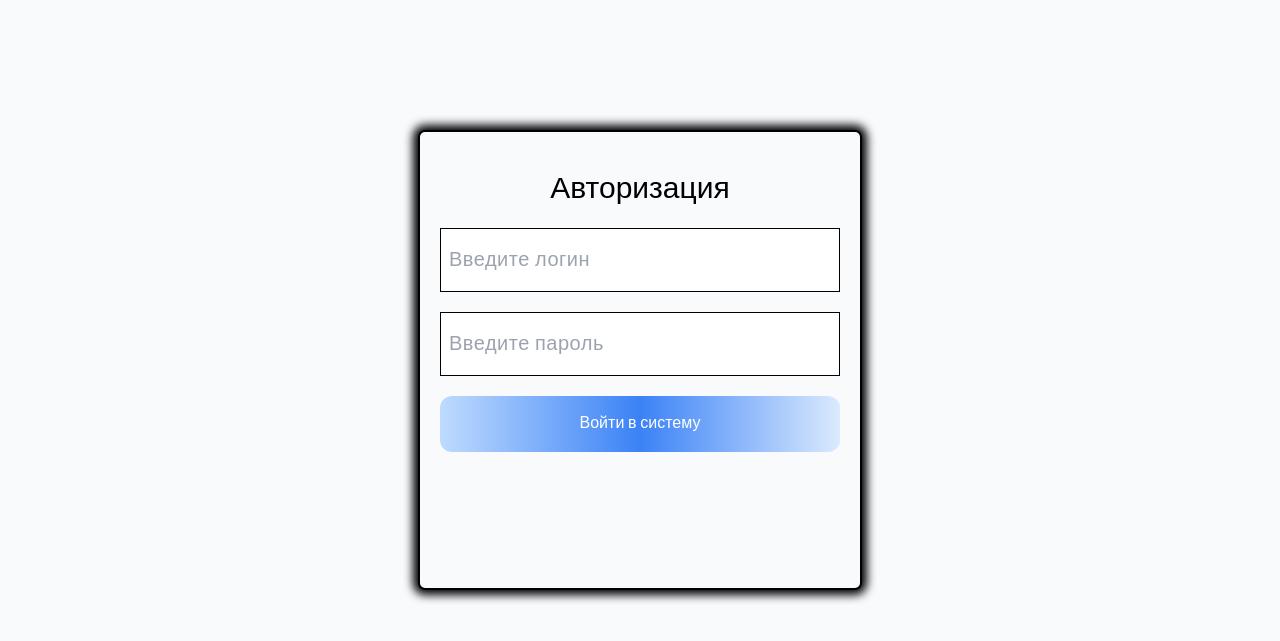
Repository: AlearvickOne/CartridgesApp
Page: /
An editor plug-in stored every save of this project. The page is shown before and after a run of saves, followed by the edit.
The browser window is 1280 px wide. The pictures show the whole page.
The page's requests for data from a server got no answer. The project was rebuilt for these pictures with package versions that can differ from the ones it lists, and the page was loaded fresh each time. The framework's server and built-in components were replaced by stand-ins that run in the browser. No one was signed in, and anything a server would have sent is missing. Also part of the build but not shown: next.config.mjs.

Above is the page before, as saved 2024-04-19 15:59:41.

### src/app/layout.tsx
import type { Metadata } from "next";
import { Catamaran } from "next/font/google";
import "./globals.scss";
import { AuthProvider } from "@/Providers/AuthProvider";
import { QueryProvider } from "@/Providers/QueryProvider";

const catamaran = Catamaran({ subsets: ["latin"], weight: ["100", "200", "400", "900"] });

export const metadata: Metadata = {
  title: "Cartridge App",
  description: "Application cartridge",
};

export default function RootLayout({
  children,
}: Readonly<{
  children: React.ReactNode;
}>) {
  return (
    <html lang="en">
      <body className={catamaran.className}>
        <QueryProvider>
          <AuthProvider>{children}</AuthProvider>
        </QueryProvider>
      </body>
    </html>
  );
}

### src/app/page.tsx
import { redirect } from "next/navigation";
import AuthorizationPage from "../components/AuthorizationPage";
import { auth, signIn } from "./api/auth/configs/auth";
import { FormEventHandler } from "react";
import { SignInError } from "@auth/core/errors";
import { AuthError } from "next-auth";
import { unknown } from "zod";

export default async function Home() {
  const session = await auth();

  const handleSubmit = async (
    login: FormDataEntryValue | null,
    password: FormDataEntryValue | null
  ) => {
    "use server";

    try {
      await signIn("credentials", {
        login: login,
        password: password,
        redirectTo: "/lobby",
      });
    } catch (error) {
      if (error instanceof AuthError) {
        switch (error.type) {
          case "CredentialsSignin":
            return "Неверный логин или пароль";
          default:
            return "Not found error";
        }
      }
      throw error;
    }
  };

  return (
    <div>
      <AuthorizationPage handleSubmit={handleSubmit} />
    </div>
  );
}

### src/Providers/AuthProvider.tsx
"use client";

import { SessionProvider } from "next-auth/react";
import { PropsWithChildren } from "react";

export const AuthProvider = ({ children }: PropsWithChildren) => {
  return <SessionProvider>{children}</SessionProvider>;
};

### src/Providers/QueryProvider.tsx
"use client";

import { QueryClient, QueryClientProvider } from "@tanstack/react-query";
import { PropsWithChildren } from "react";

const queryClient = new QueryClient();

export function QueryProvider({ children }: PropsWithChildren) {
  return <QueryClientProvider client={queryClient}>{children}</QueryClientProvider>;
}

### src/components/AuthorizationPage.tsx
"use client";
import styles from "@/styles/home/Home.module.scss";
import { useSession } from "next-auth/react";
import Image from "next/image";
import { useRouter } from "next/navigation";
import { useEffect, useState } from "react";
import SyncIcon from "@mui/icons-material/Sync";

interface ISession {
  handleSubmit: (login: FormDataEntryValue | null, password: FormDataEntryValue | null) => void;
}

function AuthorizationPage({ handleSubmit }: ISession) {
  const [isClick, setIsClick] = useState<boolean>(false);
  const [errorMessage, setErrorMessage] = useState<string | unknown>("");

  const session = useSession();
  console.log(isClick);

  return (
    <main className={styles.authContainer}>
      <div className={styles.authForm_wrapper}>
        <h1 className="mb-5 text-center text-xl">Авторизация</h1>
        <form
          action={async (formData) => {
            const res = await handleSubmit(formData.get("login"), formData.get("password"));
            typeof res !== "undefined" ? setIsClick(false) : setIsClick(true);
            setErrorMessage(res);
          }}
          className={styles.authForm}
        >
          <input type="text" name="login" placeholder="Введите логин" />
          <input type="password" name="password" placeholder="Введите пароль" />
          <button type="submit" onClick={() => setIsClick(true)}>
            {isClick ? <SyncIcon className="animate-spin" /> : "Войти в систему"}
          </button>

          {isClick ? (
            <></>
          ) : (
            <p className="mt-5 text-center text-rose-800 text-xl">{errorMessage as string}</p>
          )}
        </form>
      </div>
    </main>
  );
}

export default AuthorizationPage;

### src/app/api/auth/configs/auth.ts
import NextAuth from "next-auth";
import CredentialsProvider from "next-auth/providers/credentials";
import { UsersAuthStore } from "@/stores/usersStore";
import { IUsersAuth } from "@/types/auth.interface";
import { Provider } from "next-auth/providers";
import { signInSchema } from "../utils/zod";
import { ZodError } from "zod";

const providers: Provider[] = [
  CredentialsProvider({
    credentials: {
      login: { label: "text", type: "text" },
    },
    authorize: async (credentials) => {
      try {
        const { login, password } = await signInSchema.parseAsync(credentials);

        await UsersAuthStore.getAuthUsersActon();
        const user = UsersAuthStore.usersAuth.find((person) => {
          if (person?.login === login && person.password === password) return person;
        });

        if (!user) {
          throw Error("user not found");
        }

        return user as IUsersAuth;
      } catch (error) {
        if (error instanceof ZodError) return null;
        return null;
      }
    },
  }),
];

export const configAuth = {
  providers,
  // pages: { signIn: "/" },
  secret: process.env.AUTH_SECRET,
};

export const {
  auth,
  signIn,
  signOut,
  handlers: { GET, POST },
} = NextAuth(configAuth);

### src/styles/home/Home.module.scss
.authContainer {
  @apply flex justify-center items-center h-screen bg-slate-50 transition-all;

  .authForm_wrapper {
    @apply border-[2px] border-black rounded-[7px] py-10 px-5  bg-slate-50   text-black  shadow-upmd shadow-black;

    > h1 {
      @apply text-black text-3xl;
    }

    .authForm {
      @apply flex flex-col min-w-[25rem] min-h-[20rem];

      > input {
        @apply mb-5 px-2 text-xl tracking-wide outline-gray-900 border-[1px] border-black bg-white text-black w-full h-16;
      }

      > button {
        @apply p-2 rounded-xl hover:text-violet-200 text-white h-14 bg-gradient-to-r from-blue-200 via-blue-500 to-blue-100;
      }
    }
  }
}

### src/stores/usersStore.tsx
import { IUsersAuth } from "@/types/auth.interface";
import { RequiresClass } from "../services/requires.class";

import { observable, action, makeObservable } from "mobx";

class UsersStore {
  usersAuth: IUsersAuth[] = [];

  constructor() {
    makeObservable(this, {
      usersAuth: observable,
      getAuthUsersActon: action,
    });
  }

  getAuthUsersActon = async () => {
    try {
      const res = await RequiresClass.getUserAuthInfo();
      this.usersAuth = res.data;
    } catch (err) {
      console.warn(err);
    }
  };
}

export const UsersAuthStore = new UsersStore();

### src/app/api/auth/utils/zod.ts
import { object, string } from "zod";

export const signInSchema = object({
  login: string({ required_error: "login is required" })
    .min(1, "login is required")
    .max(20, "Длина логина должна составлять не более 20 символов"),
  password: string({ required_error: "Password is required" })
    .min(1, "Пароль должен быть больше")
    .max(20, "Пароль не должен быть больше 20 символов"),
});

### src/services/requires.class.ts
import { IUsersAuth } from "@/types/auth.interface";
import axios from "axios";

class Requires {
  private URL = "https://661e51d298427bbbef042f3e.mockapi.io/";

  async getUserAuthInfo() {
    return await axios.get<IUsersAuth[]>(`${this.URL}users`);
  }
}

export const RequiresClass = new Requires();

### tailwind.config.ts
import type { Config } from "tailwindcss";

const config: Config = {
  content: [
    "./src/pages/**/*.{js,ts,jsx,tsx,mdx}",
    "./src/components/**/*.{js,ts,jsx,tsx,mdx}",
    "./src/app/**/*.{js,ts,jsx,tsx,mdx}",
  ],
  theme: {
    extend: {
      boxShadow: {
        upmd: "0px 0px 10px 5px rgba(0, 0, 0, 0.3)",
      },
      backgroundImage: {
        "gradient-radial": "radial-gradient(var(--tw-gradient-stops))",
        "gradient-conic": "conic-gradient(from 180deg at 50% 50%, var(--tw-gradient-stops))",
      },
    },
  },
  plugins: [],
};
export default config;

Loaded but not shown: src/app/globals.scss (common file)

After the next 2 saves:
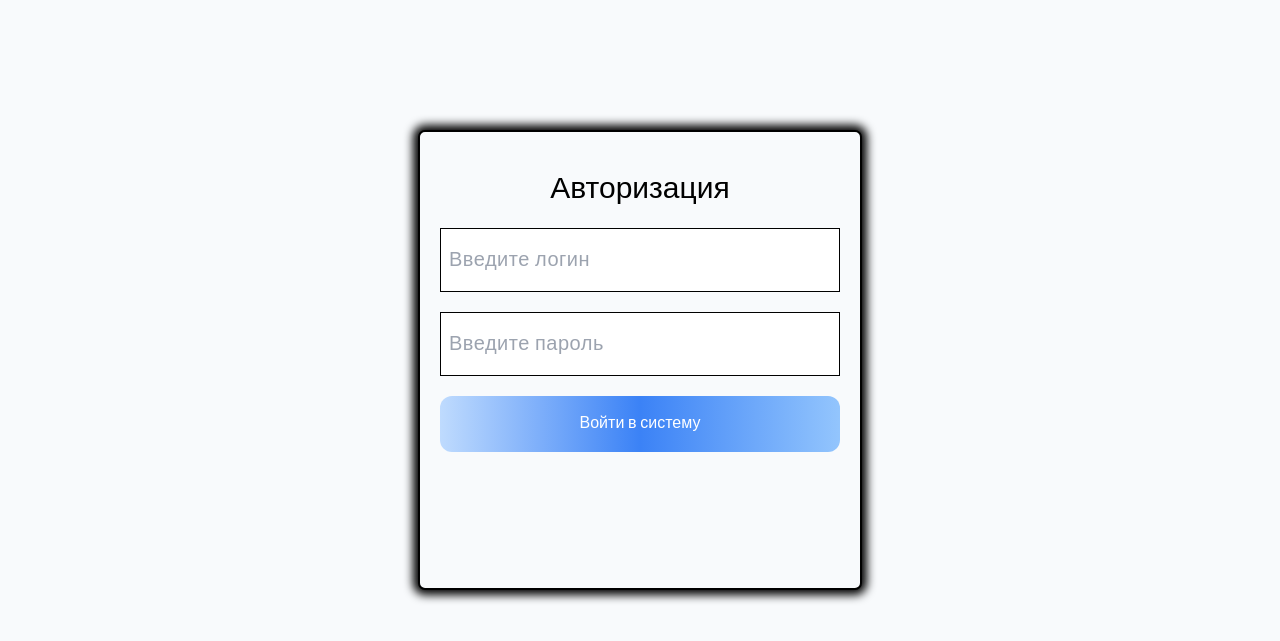
The 2 saves are shown as one change because they came seconds apart.
The last was saved 5 s later.
--- a/src/styles/home/Home.module.scss
+++ b/src/styles/home/Home.module.scss
@@ -16,7 +16,7 @@
       }
 
       > button {
-        @apply p-2 rounded-xl hover:text-violet-200 text-white h-14 bg-gradient-to-r from-blue-200 via-blue-500 to-blue-100;
+        @apply p-2 rounded-xl hover:text-violet-200 text-white h-14 bg-gradient-to-r from-blue-200 via-blue-500 to-blue-300;
       }
     }
   }
